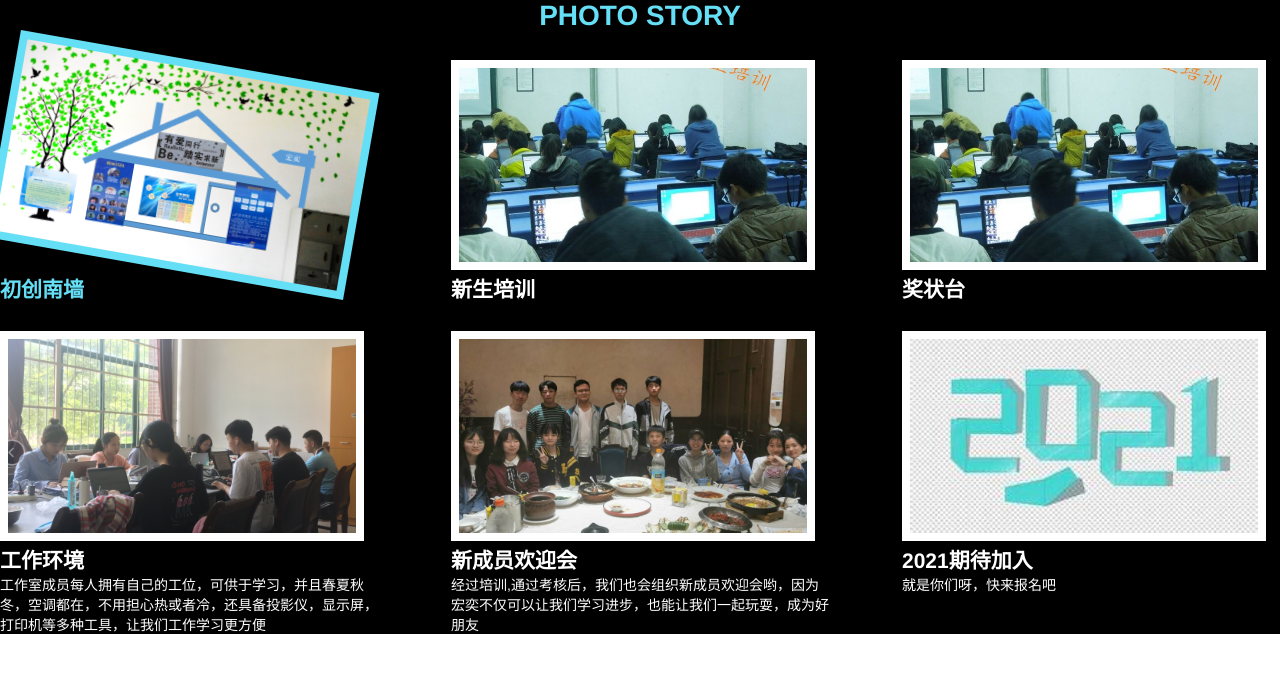
Repository: Homyit20/website
Page: /#/photo
These files come from the project's save history. The page is drawn as it stood at one moment and after the next save; the edit follows.
The browser window is 1280 px wide. The pictures show the whole page.
The project was rebuilt for these pictures with package versions that can differ from the ones it lists, and the page was loaded fresh each time. Also part of the build but not shown: vue.config.js.

Above is the page before, as saved 2021-08-10 16:15:30.

After the next save:
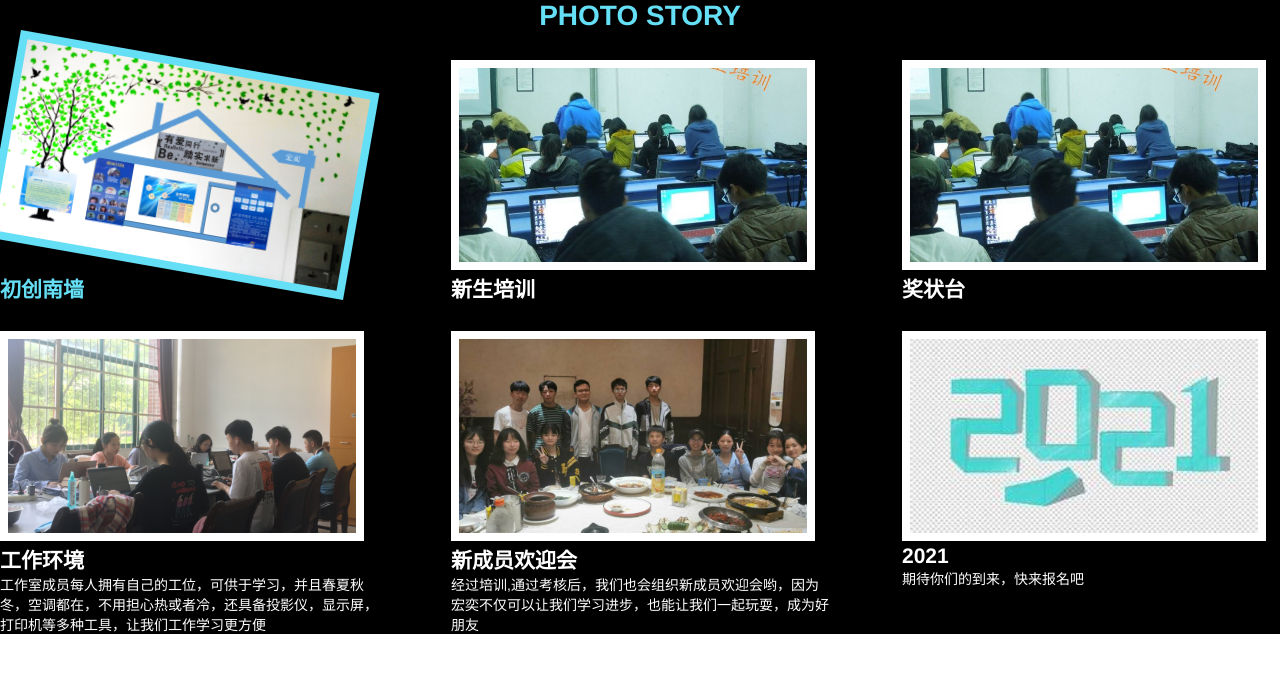
Saved 60 s later.
--- a/src/views/photo.vue
+++ b/src/views/photo.vue
@@ -29,8 +29,8 @@
       </div>
       <div class="photo-content-img">
         <img src="../assets/techlogin/images/2021.jpg" @click="phototojoin()">
-        <h2>2021期待加入</h2>
-        <p>就是你们呀，快来报名吧</p>
+        <h2>2021</h2>
+        <p>期待你们的到来，快来报名吧</p>
       </div>
     </div>
   </div>
